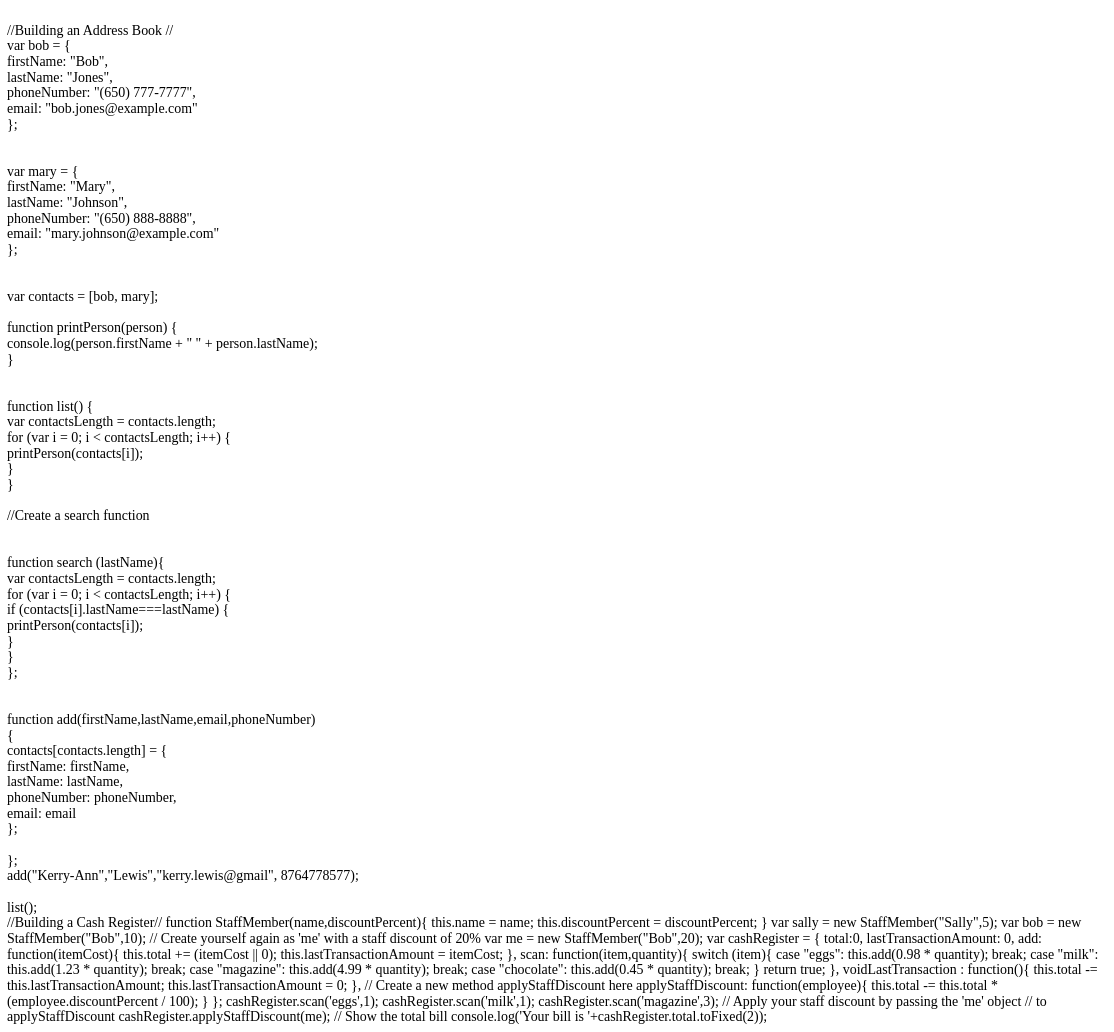
Repository: kernicole/info2180project1
Page: script.html
The author's editor kept a record of every edit. The page is drawn from the files as they stood at one moment, then again after the next edit.
The browser window is 1280 px wide. The pictures show the whole page, at 87% of full size.

Above is the page before.

After the next edit:
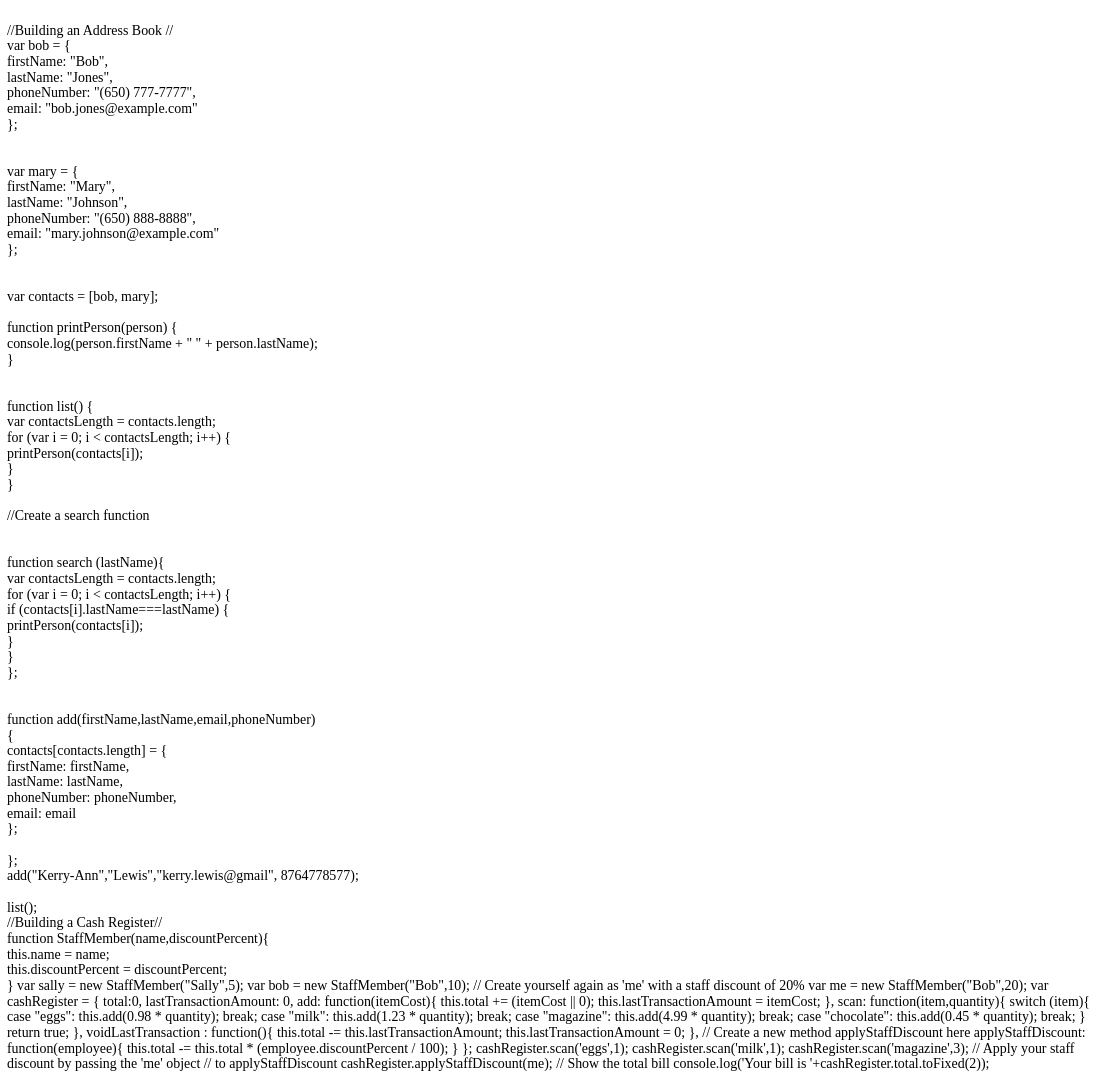
The edit:
--- a/script.html
+++ b/script.html
@@ -77,10 +77,10 @@
 
 
 
-function StaffMember(name,discountPercent){
-    this.name = name;
-    this.discountPercent = discountPercent;
-}
+<br/>function StaffMember(name,discountPercent){
+<br/>    this.name = name;
+ <br/>   this.discountPercent = discountPercent;
+<br/>}
 
 var sally = new StaffMember("Sally",5);
 var bob = new StaffMember("Bob",10);
